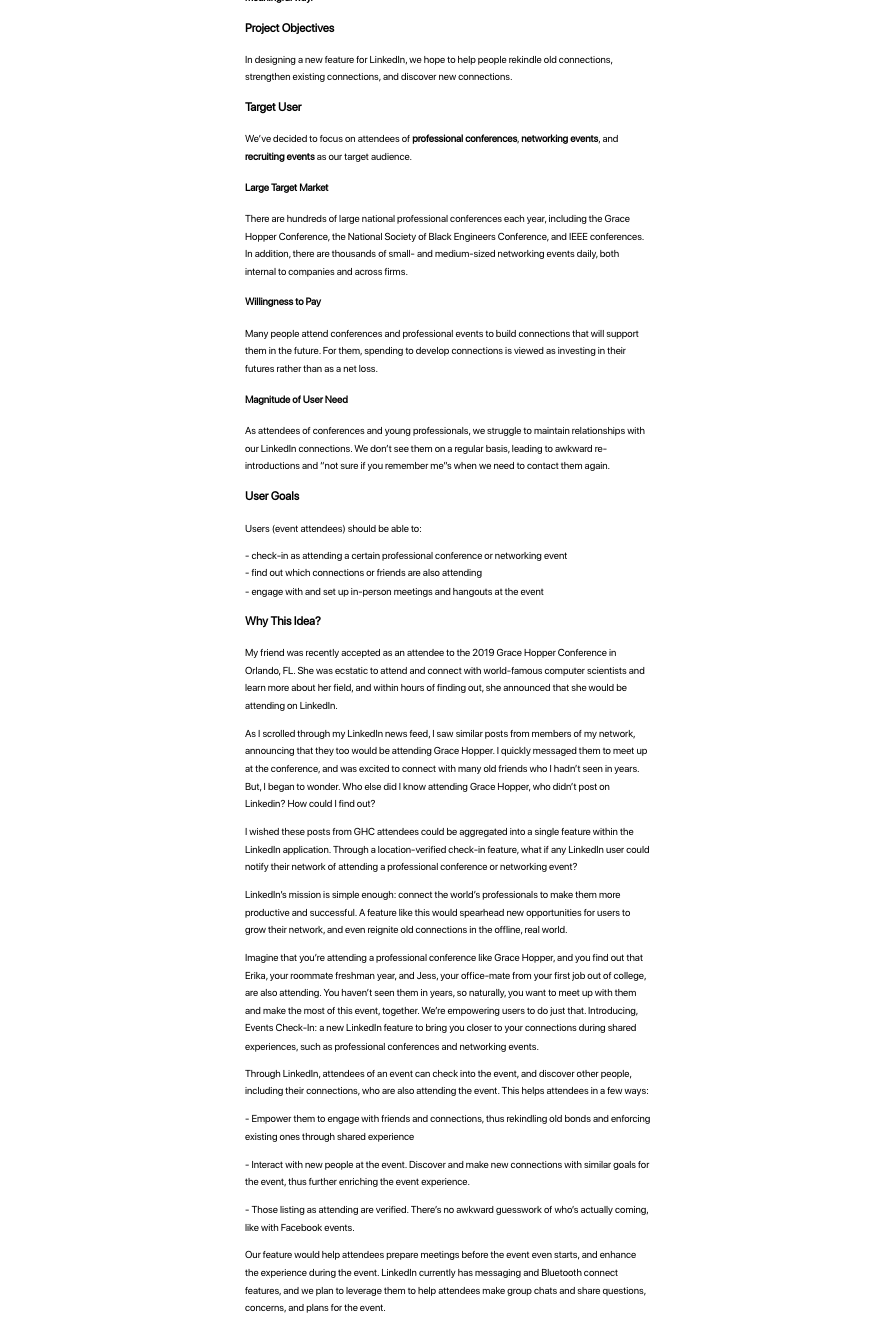
Repository: rdf004/rdf004.github.io
Page: /case1
The author's editor kept a copy of each file at every save. The page is drawn from the files as they stood at one save, then again after a run of saves.
The browser window is 1280 px wide. The pictures show the part of the page from y = 805 to 2725 px (the page is 2725 px tall before and 2671 px after), at 70% of full size.
The project was rebuilt for these pictures with package versions that can differ from the ones it lists, and the page was loaded fresh each time. Also part of the build but not shown: src/Components/About.js, src/Components/Work.js, src/Components/Projects.js, src/Components/Design.js, src/Components/Books.js, src/Components/Resume.js.

Above is the page before, as saved 2019-11-20 21:31:43.

### public/index.html
<!DOCTYPE html>
<html lang="en">
  <head>
    <meta charset="utf-8" />
    <link rel="shortcut icon" href="Startup_Rocket-512.png" />
    <meta name="viewport" content="width=device-width, initial-scale=1" />
    <meta name="theme-color" content="#000000" />
    <meta
      name="description"
      content="Web site created using create-react-app"
    />
    <link rel="apple-touch-icon" href="logo192.png" />
    <!--
      manifest.json provides metadata used when your web app is installed on a
      user's mobile device or desktop. See https://developers.google.com/web/fundamentals/web-app-manifest/
    -->
    <link rel="manifest" href="%PUBLIC_URL%/manifest.json" />
    <!--
      Notice the use of %PUBLIC_URL% in the tags above.
      It will be replaced with the URL of the `public` folder during the build.
      Only files inside the `public` folder can be referenced from the HTML.

      Unlike "/favicon.ico" or "favicon.ico", "%PUBLIC_URL%/favicon.ico" will
      work correctly both with client-side routing and a non-root public URL.
      Learn how to configure a non-root public URL by running `npm run build`.
    -->
    <title>RFizzle's Websizzle</title>
  </head>
  <body>
    <noscript>You need to enable JavaScript to run this app.</noscript>
    <div id="root"></div>
    <!--
      This HTML file is a template.
      If you open it directly in the browser, you will see an empty page.

      You can add webfonts, meta tags, or analytics to this file.
      The build step will place the bundled scripts into the <body> tag.

      To begin the development, run `npm start` or `yarn start`.
      To create a production bundle, use `npm run build` or `yarn build`.
    -->
  </body>
</html>

### src/index.js
import React from 'react';
import ReactDOM from 'react-dom';
import { Route, Link, BrowserRouter as Router } from 'react-router-dom';

import About from './Components/About';
import Work from './Components/Work';
import Projects from './Components/Projects';
import Design from './Components/Design';
import Books from './Components/Books';
import Resume from './Components/Resume';
import Case1 from './Components/Case1';
import * as serviceWorker from './serviceWorker';

const routing = (
    <Router>
      <div>
        <Route exact path="/" component={About} />
        <Route path="/work" component={Work} />
        <Route path="/projects" component={Projects} />
        <Route path="/design" component={Design} />
        <Route path="/books" component={Books} />
        <Route path="/resume" component={Resume} />
        <Route path="/case1" component={Case1} />
      </div>
    </Router>
)

ReactDOM.render(routing, document.getElementById('root'));

// If you want your app to work offline and load faster, you can change
// unregister() to register() below. Note this comes with some pitfalls.
// Learn more about service workers: https://bit.ly/CRA-PWA
serviceWorker.unregister();

### src/Components/Case1.js
import React from 'react';
import Header from './Header';

import '../Style/style.css';

class Case1 extends React.Component {

    render() {
        return (
            <div className="grid-holder">

            <div className="grid-container">
                <Header className="header"/>
                <p className="page-content">
                    <h1>LinkedIn Events Redesign</h1>
                    <p>Over 630 million users have created CVs and professional brands on LinkedIn. Founded in 2002, LinkedIn has transformed into the premier social media site for professional networking, brand building, and job hunting.</p>
                    <p>LinkedIn recently launched an events feature which allows users to create events and advertise them on their news feeds, similar to Facebook events. However, the LinkedIn Events feature has struggled to gain traction, partially because the current feature fails to tie into LinkedIn’s mission of “connecting the world’s professionals”. Hence, my team and I decided to redesign the LinkedIn events feature in order to drive more interpersonal interaction and networking between professionals. To do this, we narrowed our scope to professionals at networking events and conferences because they provide prime opportunities for professionals to meet new connections.</p>
                    <p>My teammates Edward and Prabhav and I collaborated on all work. Each of us had a hand in design, user interviews, and writing. However, I focused more on writing and on the Figma LinkedIn app high-fidelity prototypes.</p>
                    <h2>Background Section</h2>
                    <h3><b>Design Prompt</b></h3>
                    <p><b>“Using a well-known social media app, extend or redesign a feature that helps encourage specific types of people in one’s surrounding area to get to gether in-person and physically interact in a meaningful way.”</b></p>
                    <h3>Project Objectives</h3>
                    <p>In designing a new feature for LinkedIn, we hope to help people rekindle old connections, strengthen existing connections, and discover new connections.</p>
                    <h3>Target User</h3>
                    <p>We’ve decided to focus on attendees of <b>professional conferences</b>, <b>networking events</b>, and <b>recruiting events</b> as our target audience.</p>
                    <h4>Large Target Market</h4>
                    <p>There are hundreds of large national professional conferences each year, including the Grace Hopper Conference, the National Society of Black Engineers Conference, and IEEE conferences. In addition, there are thousands of small- and medium-sized networking events daily, both internal to companies and across firms.</p>
                    <h4>Willingness to Pay</h4>
                    <p>Many people attend conferences and professional events to build connections that will support them in the future. For them, spending to develop connections is viewed as investing in their futures rather than as a net loss.</p>
                    <h4>Magnitude of User Need</h4>
                    <p>As attendees of conferences and young professionals, we struggle to maintain relationships with our LinkedIn connections. We don’t see them on a regular basis, leading to awkward re-introductions and “not sure if you remember me”s when we need to contact them again.</p>
                    <h3>User Goals</h3>
                    <p>Users (event attendees) should be able to:</p>
                    - check-in as attending a certain professional conference or networking event<br/>
                    - find out which connections or friends are also attending<br/>
                    - engage with and set up in-person meetings and hangouts at the event
                    <h3>Why This Idea?</h3>
                    <p>My friend was recently accepted as an attendee to the 2019 Grace Hopper Conference in Orlando, FL. She was ecstatic to attend and connect with world-famous computer scientists and learn more about her field, and within hours of finding out, she announced that she would be attending on LinkedIn.</p>
                    <p>As I scrolled through my LinkedIn news feed, I saw similar posts from members of my network, announcing that they too would be attending Grace Hopper. I quickly messaged them to meet up at the conference, and was excited to connect with many old friends who I hadn’t seen in years. But, I began to wonder. Who else did I know attending Grace Hopper, who didn’t post on Linkedin? How could I find out?</p>
                    <p>I wished these posts from GHC attendees could be aggregated into a single feature within the LinkedIn application. Through a location-verified check-in feature, what if any LinkedIn user could notify their network of attending a professional conference or networking event?</p>
                    <p>LinkedIn’s mission is simple enough: connect the world’s professionals to make them more productive and successful. A feature like this would spearhead new opportunities for users to grow their network, and even reignite old connections in the offline, real world. </p>
                    <p>Imagine that you’re attending a professional conference like Grace Hopper, and you find out that Erika, your roommate freshman year, and Jess, your office-mate from your first job out of college, are also attending. You haven’t seen them in years, so naturally, you want to meet up with them and make the most of this event, together.
We’re empowering users to do just that. Introducing, Events Check-In: a new LinkedIn feature to bring you closer to your connections during shared experiences, such as professional conferences and networking events.</p>
                    <p>Through LinkedIn, attendees of an event can check into the event, and discover other people, including their connections, who are also attending the event. This helps attendees in a few ways:</p>
                    <p>- Empower them to engage with friends and connections, thus rekindling old bonds and enforcing existing ones through shared experience</p>
                    <p>- Interact with new people at the event. Discover and make new connections with similar goals for the event, thus further enriching the event experience.</p>
                    <p>- Those listing as attending are verified. There’s no awkward guesswork of who’s actually coming, like with Facebook events.</p>
                    <p>Our feature would help attendees prepare meetings before the event even starts, and enhance the experience during the event. LinkedIn currently has messaging and Bluetooth connect features, and we plan to leverage them to help attendees make group chats and share questions, concerns, and plans for the event.</p>
                </p>
            </div>

            </div>
        )
    }

}

export default Case1;

### src/Components/Header.js
import React from 'react';
import '../Style/style.css';

class Header extends React.Component {

    render() {
        return (

            <div className="flex-container">
                <p className="name">Roshan Fernando</p>
                <ul className="header-li-elements">
                    <li><a className="list-item-a" href="/">About</a></li>
                    <li>|</li>
                    <li><a className="list-item-a" href="/work">Work</a></li>
                    <li>|</li>
                    <li><a className="list-item-a" href="/projects">Projects</a></li>
                    <li>|</li>
                    <li><a className="list-item-a" href="/design">Design</a></li>
                    <li>|</li>
                    <li><a className="list-item-a" href="/books">Books</a></li>
                    <li>|</li>
                    <li><a className="list-item-a" href="/resume">Resume</a></li>
                </ul>
                <p className="content">{this.about}</p>
            </div>
        )
    }
}

export default Header;

### src/Style/style.css
/* PAGE */

.grid-holder {

}

.grid-container {
    display: grid;
    width: 600px;
    max-width: 100vw;
    margin: auto;

    line-height: 1.75;
}

.page-content {

    font-family: 'SF-Regular';
    font-size: 0.9em;
    color: black;
    padding: 10px;
    padding-top: 0px;
}

/* unvisited link */
.p-a:link {
    color: rgb(105, 196, 248);
    text-decoration: underline;
  }

  /* visited link */
.p-a:visited {
    color: rgb(105, 196, 248);
    text-decoration: underline;
  }

/* mouse over link */
.p-a:hover {
    color: rgb(105, 196, 248);
    text-decoration: underline;
  }

  /* selected link */
.p:active {
    color: rgb(105, 196, 248);
    text-decoration: underline;
  }

/* HEADER */

.flex-container {

    display: flex;
    justify-content: center;
    align-items: center;
    padding-top: 5vh;
    flex-wrap: wrap;

    max-width: inherit;
    min-width: 0;

}


.name {

    text-align: left;
    font-family: 'SF-Heavy';
    color: black;
    font-size: 1.05em;
    max-width: 250px;

    flex: 1;
    padding-left: 10px;

}

.header-li-elements {

    display: flex;
    padding: 0;
    justify-content: flex-end;
    color: black;

    flex: 1;
    padding-right: 10px;

}

li {

    list-style-type: none;
    padding: 2px;
    font-family: 'SF-Regular';
    font-size: 1.05em;
    color: black;

}

.content {
    width: 1000px;
    max-width: inherit;
}

body, html {

    margin: 0;
    padding: 0;
    background-color: white;

}

/* unvisited link */
.list-item-a:link {
    color: black;
    text-decoration: none;
  }

  /* visited link */
.list-item-a:visited {
    color: black;
    text-decoration: none;
  }

/* mouse over link */
.list-item-a:hover {
    color: rgb(0, 162, 255);
    text-decoration: none;
  }

  /* selected link */
.list-item-a:active {
    color: black;
    text-decoration: none;
  }

@font-face {
    src: url('./SF-Pro-Display-Heavy.otf');
    font-family: 'SF-Heavy';
}

@font-face {
    src: url('./SF-Pro-Display-Regular.otf');
    font-family: 'SF-Regular';
}

@font-face {
    src: url('./SF-Pro-Display-Thin.otf');
    font-family: 'SF-Thin';
}

Loaded but not shown: src/serviceWorker.js (common file)

After the next 2 saves:
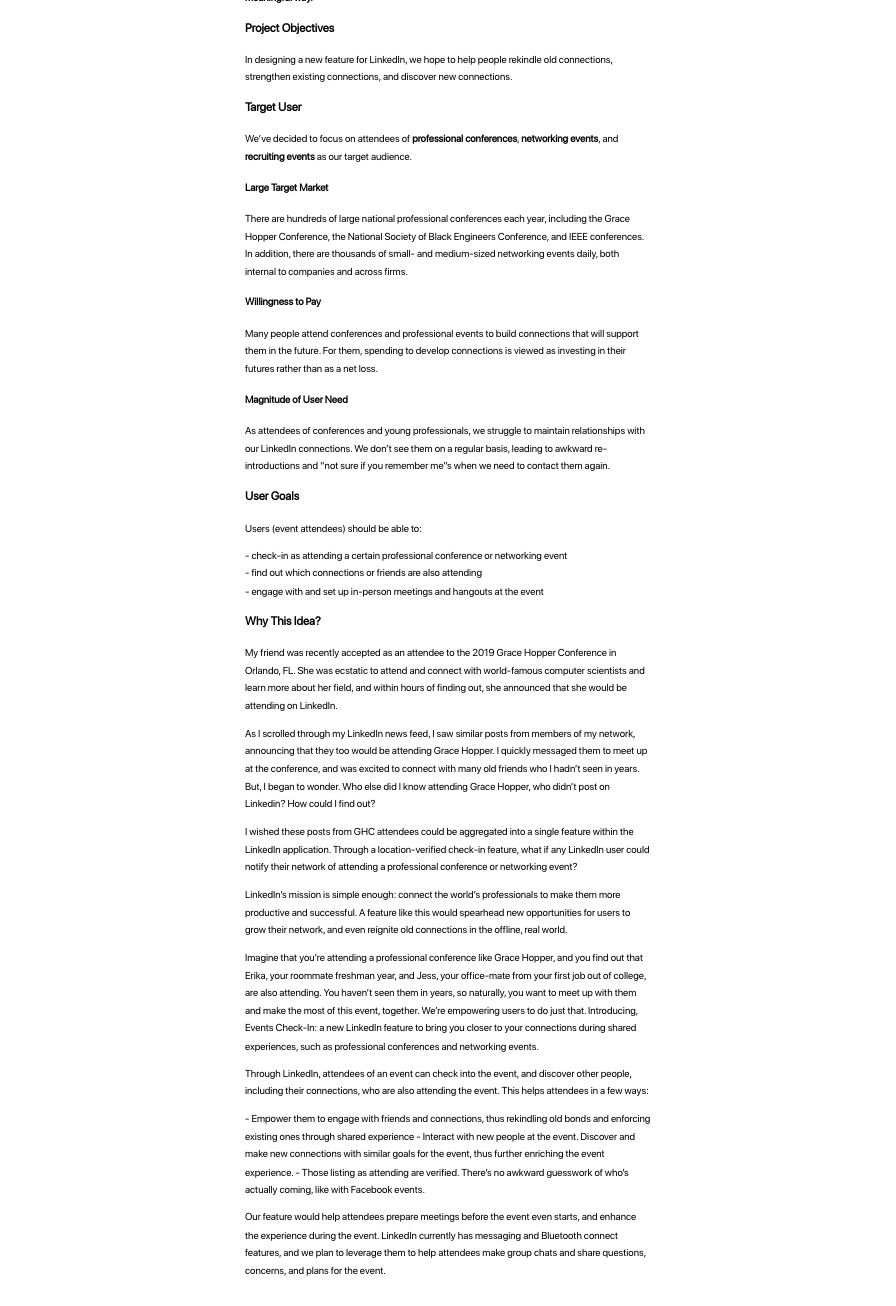
The 2 saves are shown as one change because 1 did not build or start.
The last was saved 35 s later.
--- a/src/Components/Case1.js
+++ b/src/Components/Case1.js
@@ -42,9 +42,10 @@
                     <p>Imagine that you’re attending a professional conference like Grace Hopper, and you find out that Erika, your roommate freshman year, and Jess, your office-mate from your first job out of college, are also attending. You haven’t seen them in years, so naturally, you want to meet up with them and make the most of this event, together.
 We’re empowering users to do just that. Introducing, Events Check-In: a new LinkedIn feature to bring you closer to your connections during shared experiences, such as professional conferences and networking events.</p>
                     <p>Through LinkedIn, attendees of an event can check into the event, and discover other people, including their connections, who are also attending the event. This helps attendees in a few ways:</p>
-                    <p>- Empower them to engage with friends and connections, thus rekindling old bonds and enforcing existing ones through shared experience</p>
-                    <p>- Interact with new people at the event. Discover and make new connections with similar goals for the event, thus further enriching the event experience.</p>
-                    <p>- Those listing as attending are verified. There’s no awkward guesswork of who’s actually coming, like with Facebook events.</p>
+                    <p>- Empower them to engage with friends and connections, thus rekindling old bonds and enforcing existing ones through shared experience
+                    - Interact with new people at the event. Discover and make new connections with similar goals for the event, thus further enriching the event experience.
+                    - Those listing as attending are verified. There’s no awkward guesswork of who’s actually coming, like with Facebook events.
+                    </p>
                     <p>Our feature would help attendees prepare meetings before the event even starts, and enhance the experience during the event. LinkedIn currently has messaging and Bluetooth connect features, and we plan to leverage them to help attendees make group chats and share questions, concerns, and plans for the event.</p>
                 </p>
             </div>
